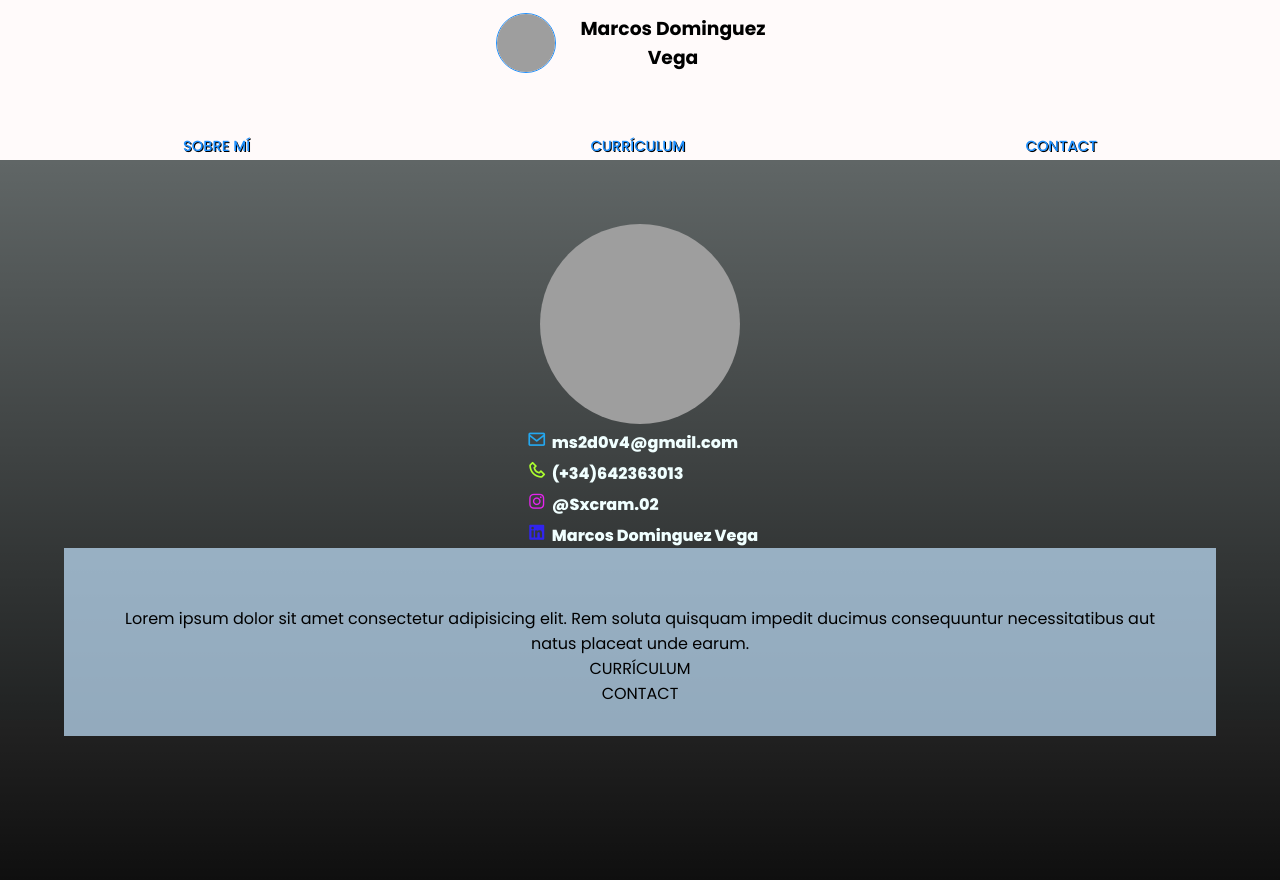
Repository: Sxcram02/Portfoliov.2
Page: index.html
The author's editor kept a copy of each file at every save. The page is drawn from the files as they stood at one save, then again after a run of saves.
The browser window is 1280 px wide. The pictures show the whole page.
Pictures or frames that could not be fetched are drawn as grey boxes.

Above is the page before, as saved 2023-04-11 00:34:35.

### index.html
<!DOCTYPE html>
<html lang="en">
<head>
    <meta charset="UTF-8">
    <meta http-equiv="X-UA-Compatible" content="IE=edge">
    <meta name="viewport" content="width=device-width, initial-scale=1.0">
    <link rel="stylesheet" href="css/style.css" />
    <link rel="shortcut icon" href="https://picsum.photo/160" type="image/x-icon" />
    <link rel="stylesheet" href="https://unpkg.com/boxicons@latest/css/boxicons.min.css" />
    <title>miPortFolio</title>
</head>
<body>
    <div class="root">
        <header>
            <div class="box-porfile">
                <img src="https://picsum.photos/200" alt="porfile" />
                <h3 class="name">Marcos Dominguez Vega</h3>
            </div>
            <nav>
                <ul class="nav-bar">
                    <li><a href="">SOBRE MÍ</a></li>
                    <li><a href="">CURRÍCULUM</a></li>
                    <li><a href="">CONTACT</a></li>
                </ul>
            </nav>
        </header>
        <main>
            <section class="sobreMi">
                <article class="box-image">
                    <img src="https://picsum.photos/200" alt="porfile" />
                    <ul class="redes">
                        <li><i class='bx bx-envelope' style='color:#24a7ef;' ></i>ms2d0v4@gmail.com</li>
                        <li><i class='bx bx-phone' style="color:greenyellow; "></i>(+34)642363013</li>
                        <li><i class='bx bxl-instagram' style='color:#e624ef;'  ></i>@Sxcram.02</li>
                        <li><i class='bx bxl-linkedin-square' style='color:#3124ef'  ></i>Marcos Dominguez Vega</li>
                    </ul>
                </article>
                <article class="info">
                    <p>Lorem ipsum dolor sit amet consectetur adipisicing elit. Rem soluta quisquam impedit ducimus consequuntur necessitatibus aut natus placeat unde earum.</p>
                    <ul class="nav-bar2">
                        <li>CURRÍCULUM</li>
                        <li>CONTACT</li>
                    </ul>
                </article>
            </section>
        </main>
    </div>
</body>
</html>

### css/style.css
@import url('https://fonts.googleapis.com/css2?family=Poppins:ital,wght@0,400;0,500;0,600;0,700;0,800;0,900;1,400&display=swap');

* {
    margin: 0;
    padding: 0;
    box-sizing: border-box;
    font-family: 'Poppins',sans-serif;
    list-style: none;
    text-decoration: none;
}

.root {
    width: 100vw;
    height: 100vh;
    background-color: azure;
}

header {
    width: 100%;
    height: 10em;
    padding: 1%;
    background-color: snow;
    display: flex;
    flex-direction: column;
    align-items: center;
}

.box-porfile {
    display: flex;
    align-items: center;
    text-align: center;
}

.box-porfile > img {
    width: 60px;
    height: 60px;
    border-radius: 100%;
    margin-left: 2%;
    border: 1px solid dodgerblue;
}

.box-porfile > img:hover {
    border: 1px solid orange;
    transition: all 0.3s;
}

nav {
    width: 100%;
    margin-top: 5%;
}

.nav-bar {
    display: flex;
    align-items: center;
    justify-content: space-around;
    font-weight: 500;
    text-shadow: 1px 1px black;
    font-size: 11pt;
}

.nav-bar li > a {
    border-radius: 10px;
    padding: 10px;
    cursor: pointer;
    color: dodgerblue;
}

.nav-bar li:hover > a {
    background-color: rgba(128, 128, 128, 0.604);
    color:orange;
    transition: all 0.3s;
}

main {
    width: 100vw;
    height: 100vh;
}

.sobreMi {
    height: 100vh;
    padding: 5%;
    background: linear-gradient(180deg,rgba(0, 0, 0, 0.599),rgba(0, 0, 0, 0.943));
    display: grid;
    grid-template-columns: 1,1fr;
    grid-template-rows: repeat(2,1fr);
}

.box-image {
    height: 50%;
    grid-column: 1/2;
    grid-row: 1/2;
    display: flex;
    flex-direction: column;
    align-items: center;
    font-size: 12pt;
    font-weight: 800;
    color: azure;
}

i {
    margin: 5px;
    font-size: 20px;
}

.box-image > img {
    border-radius: 100%;
}

.info {
    height: 70%;
    grid-column: 1/2;
    grid-row: 2/3;
    text-align: center;
    padding: 5%;
    background-color: rgba(195, 227, 254, 0.704);
}

After the next 4 saves:
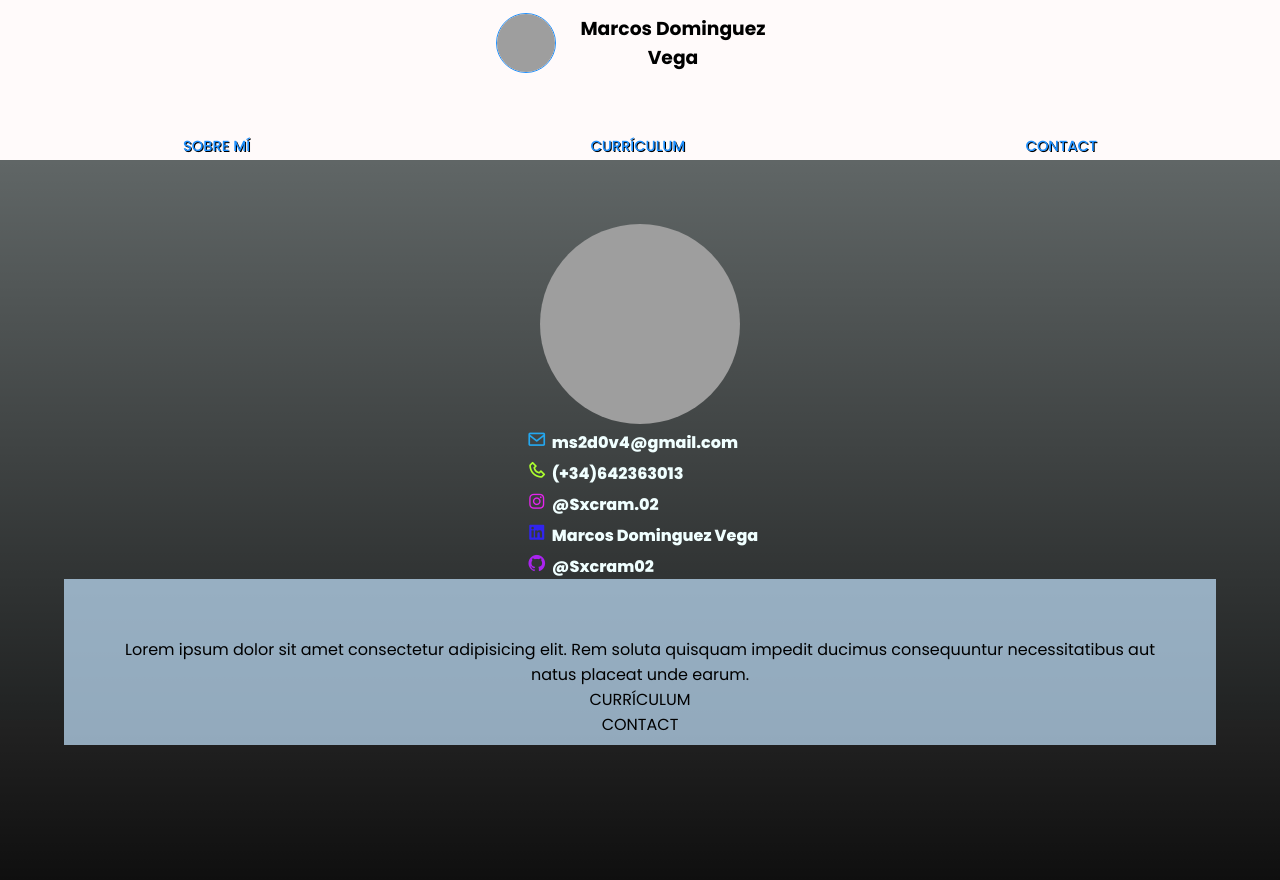
The 4 saves are shown as one change because they came seconds apart.
The last was saved 50 s later.
--- a/index.html
+++ b/index.html
@@ -33,6 +33,7 @@
                         <li><i class='bx bx-phone' style="color:greenyellow; "></i>(+34)642363013</li>
                         <li><i class='bx bxl-instagram' style='color:#e624ef;'  ></i>@Sxcram.02</li>
                         <li><i class='bx bxl-linkedin-square' style='color:#3124ef'  ></i>Marcos Dominguez Vega</li>
+                        <li><i class='bx bxl-github' style='color:#aa24ef'  ></i>@Sxcram02</li>
                     </ul>
                 </article>
                 <article class="info">
